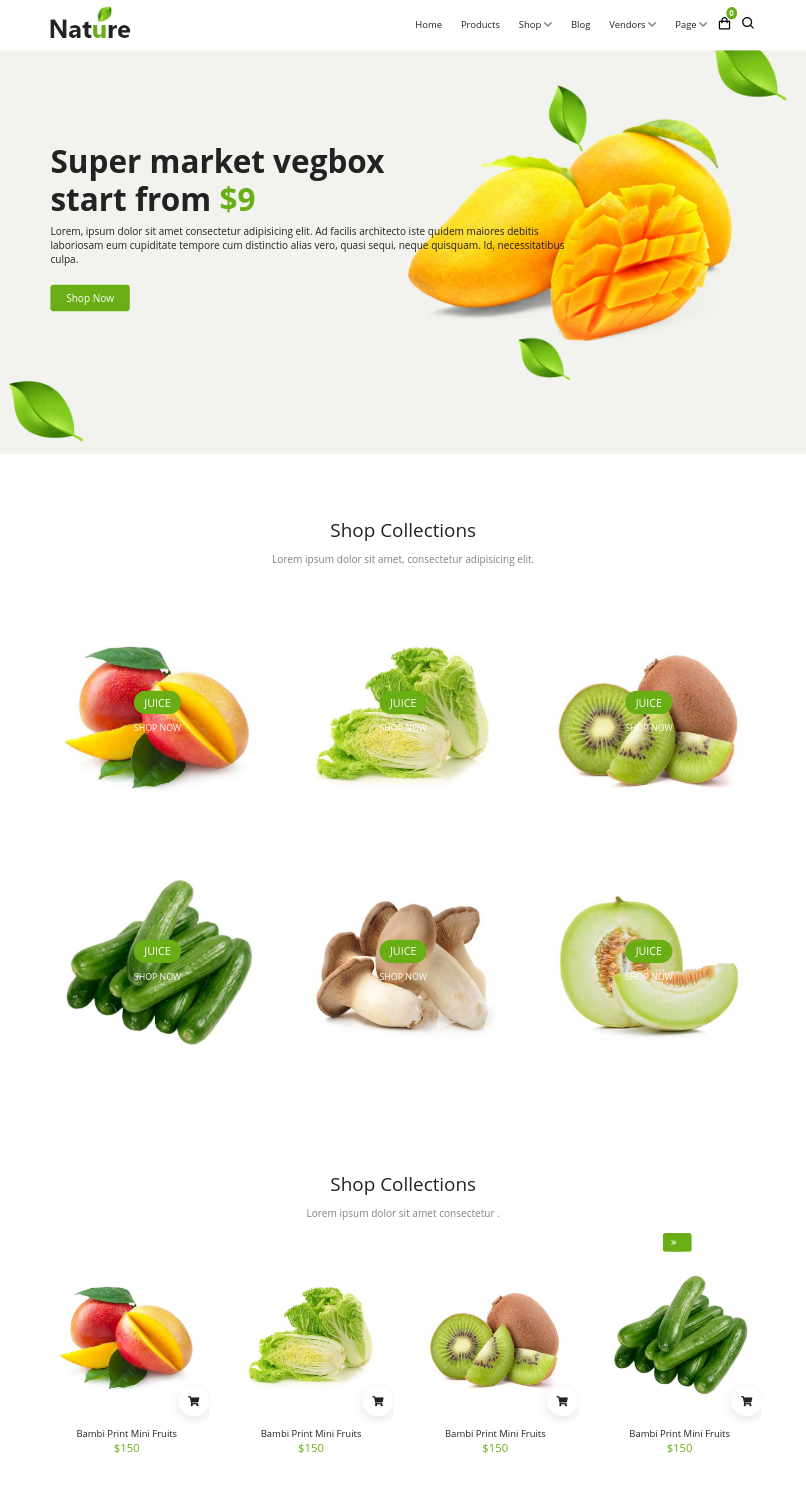
Repository: hoanggiainfomation/hoanggiainfomation.github.io
Page: index.html
These files come from the project's save history. The page is drawn as it stood at one moment and after the next save; the edit follows.
The browser window is 1280 px wide. The pictures show the whole page, at 63% of full size.
Some web libraries are served in a nearby version.

Above is the page before, as saved 2021-08-17 21:49:58.

After the next save:
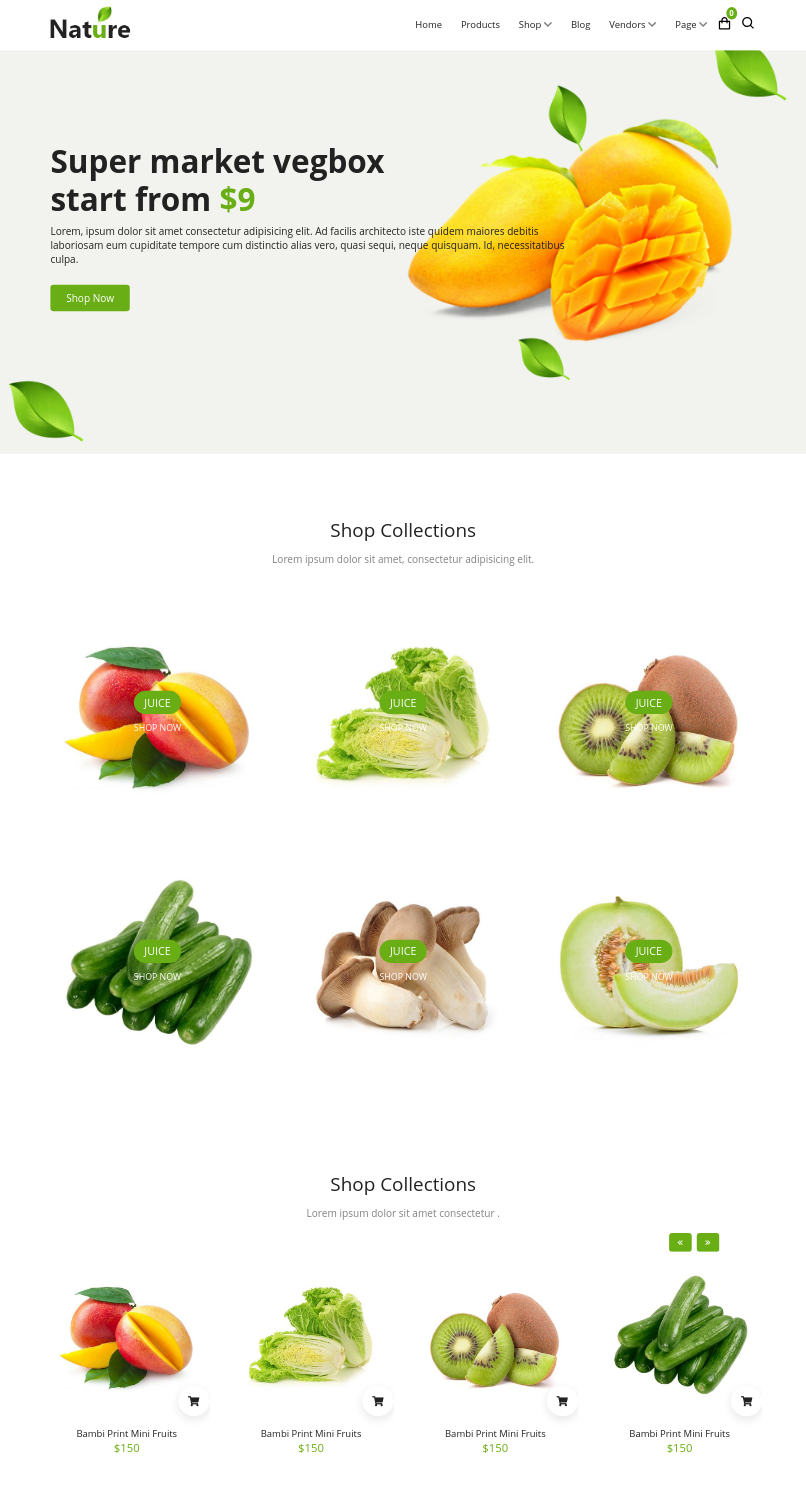
Saved 20 s later.
--- a/styles.css
+++ b/styles.css
@@ -742,3 +742,6 @@
 .featured .custom-prev {
   left: 10px;
 }
+.featured .custom-next {
+  right: 10px;
+}
